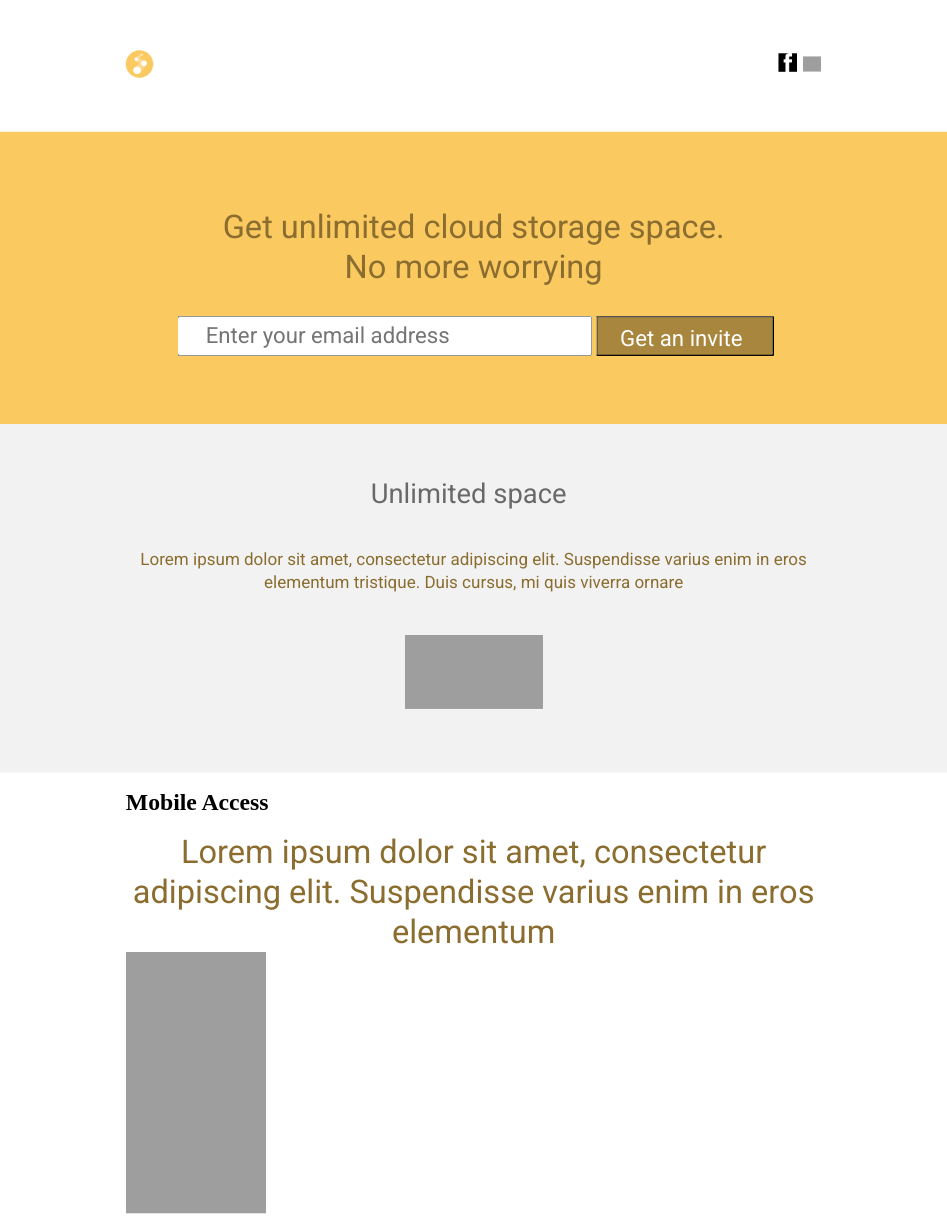
Repository: AndreyMykulych/user_home_work_Mykulych
Page: index.html
An editor plug-in stored every save of this project. The page is shown before and after the next save, followed by the edit.
The browser window is 1280 px wide. The pictures show the whole page, at 74% of full size.
Pictures or frames that could not be fetched are drawn as grey boxes.

Above is the page before, as saved 2023-02-27 17:44:31.

After the next save:
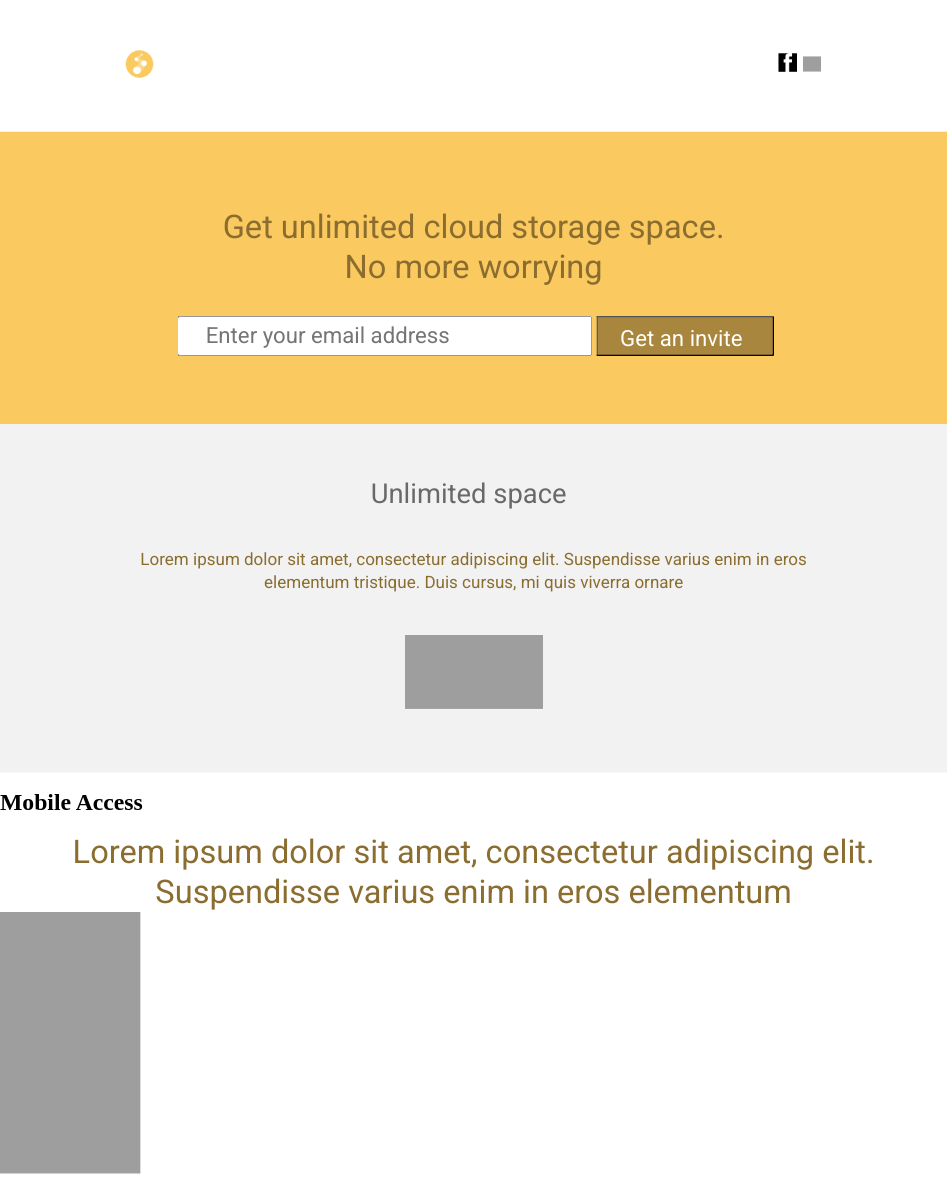
Saved 38 s later.
--- a/styles/style.css
+++ b/styles/style.css
@@ -168,6 +168,9 @@
 .content_second {
     width : 940px;
     margin: 0 auto;
+    height: auto;
+    width: 100%;
+    display: inline-block;
 }
 .content_second img{
     width: 190px;

After the save that followed:
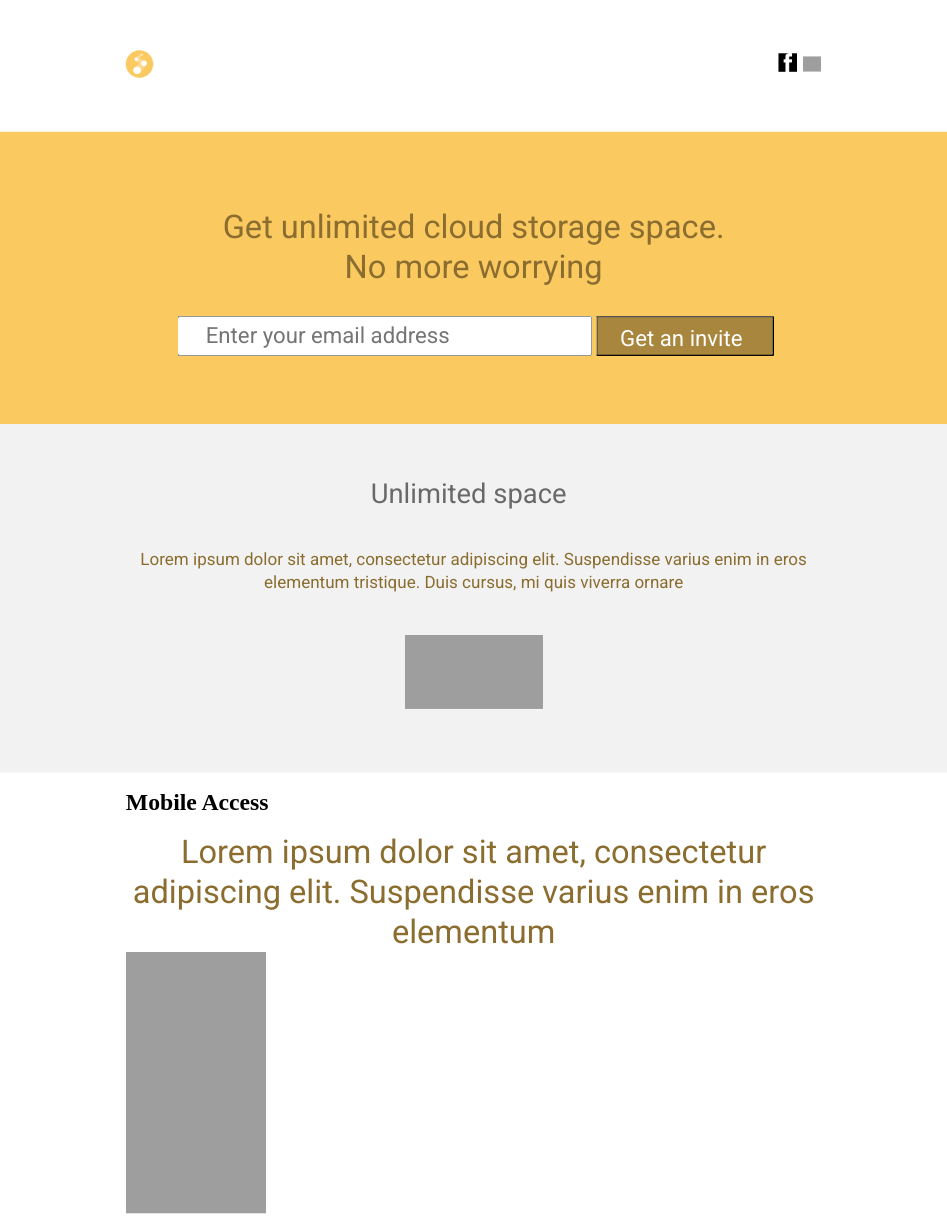
Saved 28 s later.
--- a/styles/style.css
+++ b/styles/style.css
@@ -168,9 +168,7 @@
 .content_second {
     width : 940px;
     margin: 0 auto;
-    height: auto;
-    width: 100%;
-    display: inline-block;
+
 }
 .content_second img{
     width: 190px;
